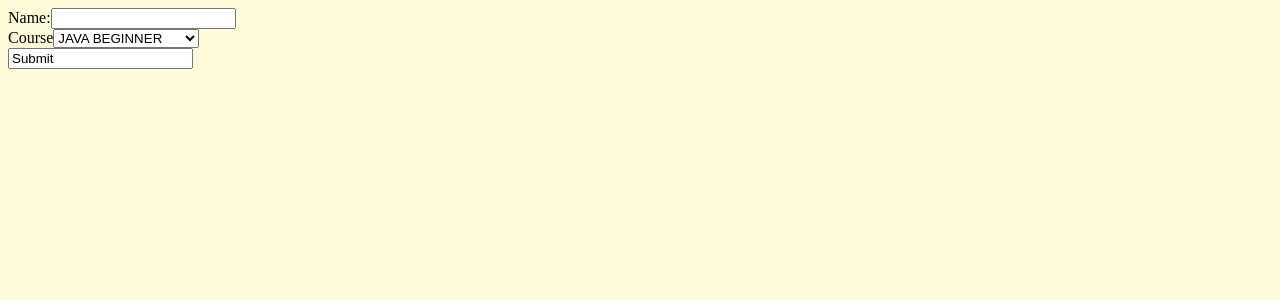
Repository: SurajPawar15-smart/JAVAProjects
Page: 12.URLrewritingsessionDemo/WebContent/index.html
These files come from the project's save history. The page is drawn as it stood at one moment and after the next save; the edit follows.
The browser window is 1280 px wide. The pictures show the whole page.

Above is the page before, as saved 2020-09-27 12:08:41.

### 12.URLrewritingsessionDemo/WebContent/index.html
<!DOCTYPE html>
<html>
<head>
<meta charset="ISO-8859-1">
<title>Insert title here</title>
<style>
body{
background-color:#fefbd8;
}

div{}
</style>
</head>
<body>
<form action="FirstServlet" method="post">

<div>
Name:<input type="text" name="username">
</div>

<div>
Course<select name="Course">
<option>JAVA BEGINNER</option>
<option>JAVA ADVANCE</option>
<option>JAVA FRAMEWORD</option>
<option>JAVA EE</option>
</select>
</div>

<div>
<input type="text" value="Submit">
</div>

</form>
</body>
</html>

After the next save:
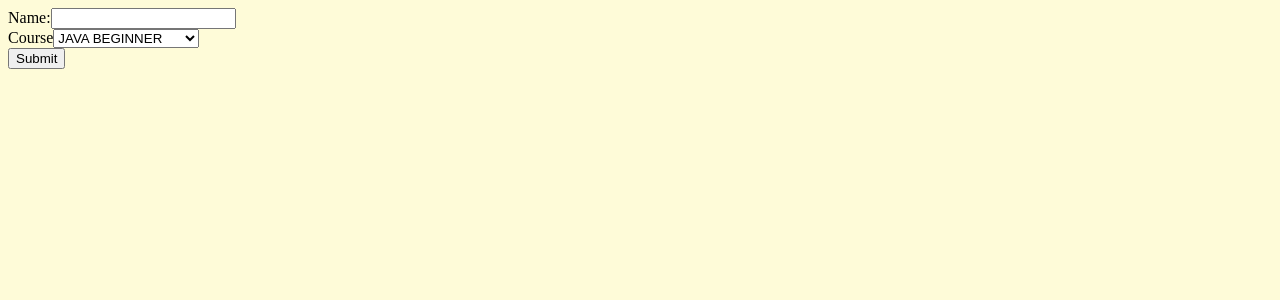
Saved 3 min 9 s later.
--- a/12.URLrewritingsessionDemo/WebContent/index.html
+++ b/12.URLrewritingsessionDemo/WebContent/index.html
@@ -28,7 +28,7 @@ Course<select name="Course">
 </div>
 
 <div>
-<input type="text" value="Submit">
+<input type="submit" value="Submit">
 </div>
 
 </form>
